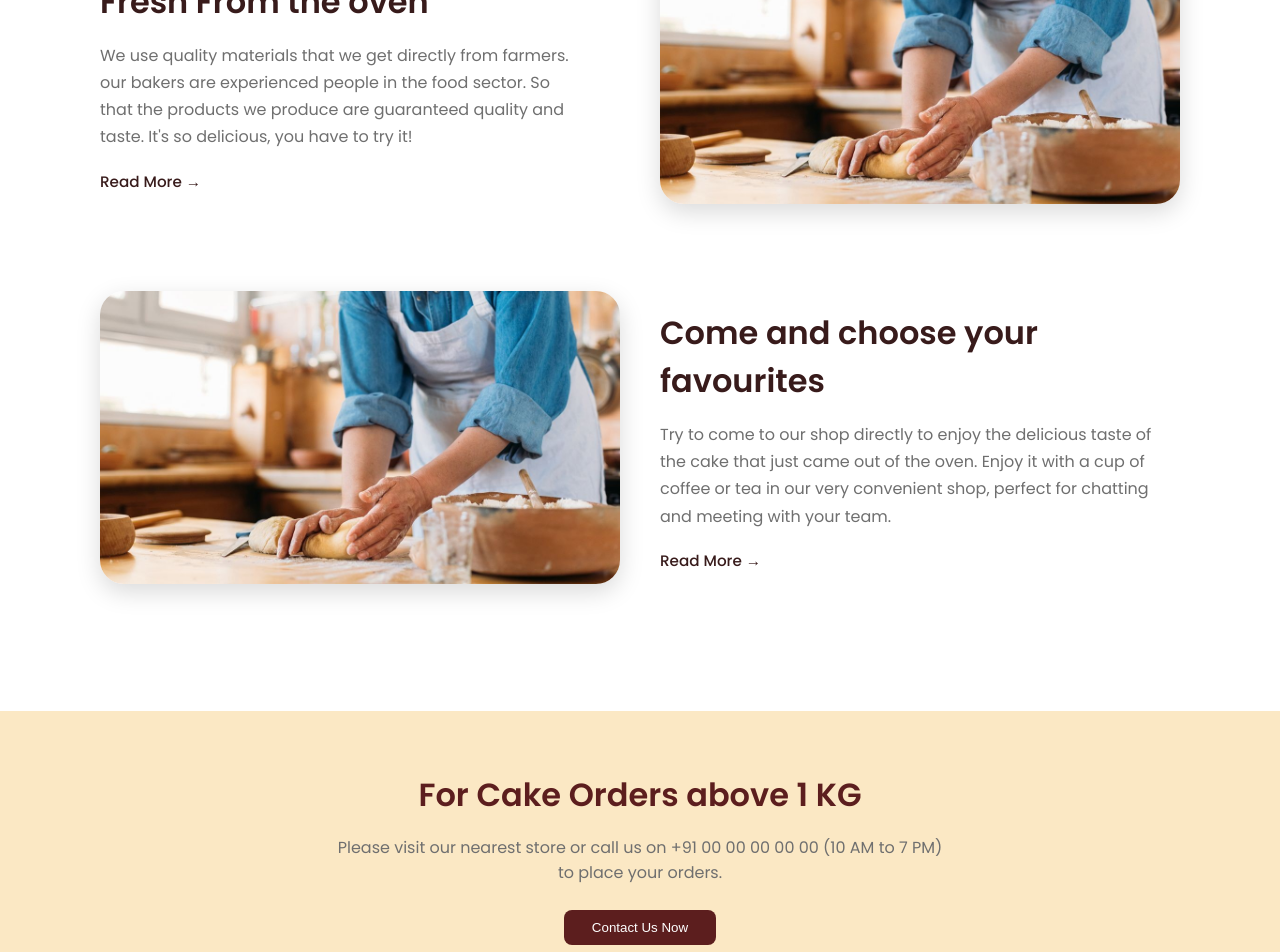
Repository: josegabrielzevallos/chocobrat-bakery-website
Page: index.html
An editor plug-in stored every save of this project. The page is shown before and after the next save, followed by the edit.
The browser window is 1280 px wide. The pictures show the part of the page from y = 1569 to 2521 px (the page is 2574 px tall).
A picture or video elsewhere on the page could not be fetched, so the positions and the page height are approximate.

Above is the page before, as saved 2025-11-20 15:59:28.

After the next save:
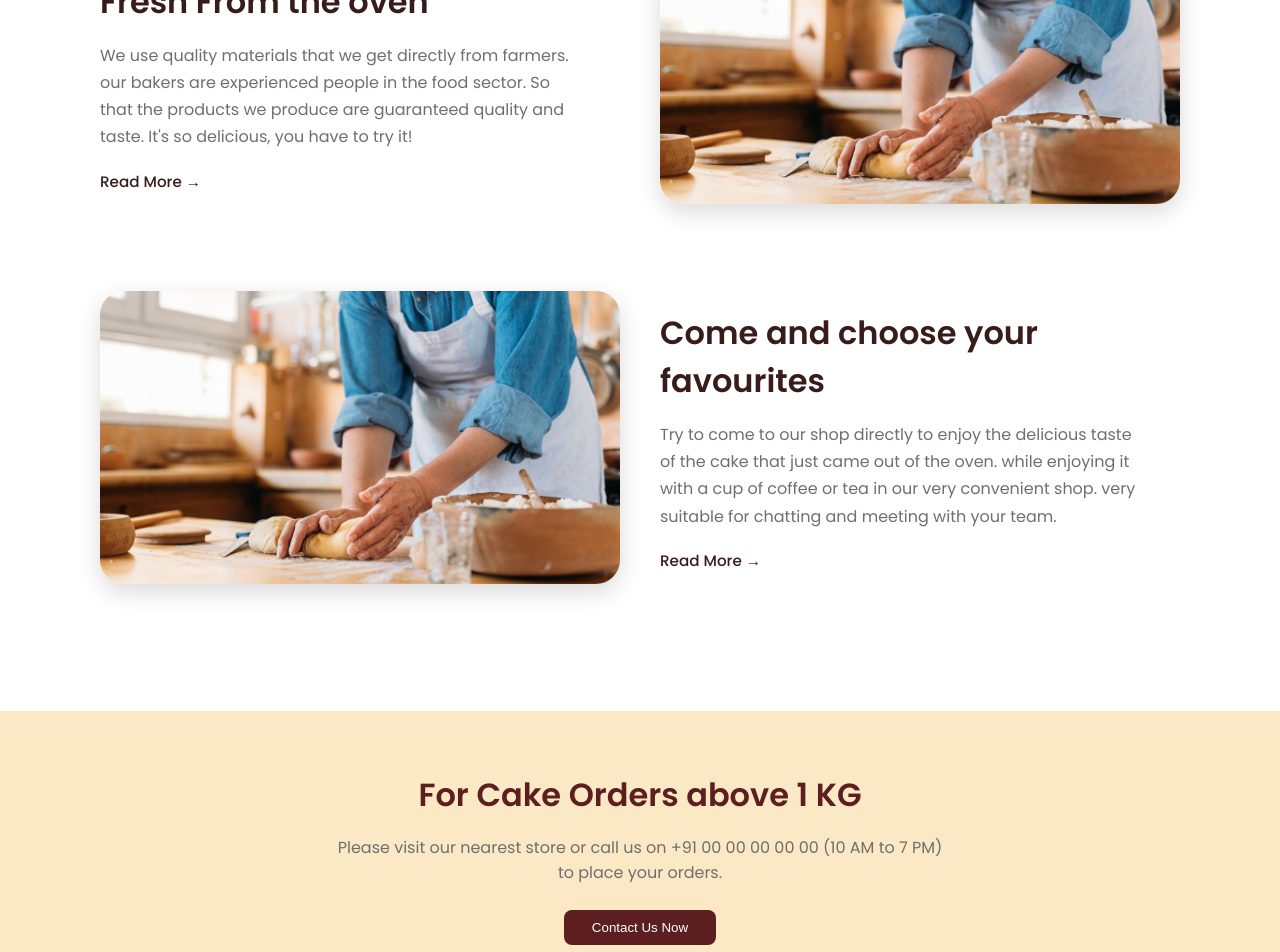
Saved 2 min 5 s later.
--- a/index.html
+++ b/index.html
@@ -142,9 +142,9 @@
                 <h2>Come and choose your favourites</h2>
                 <p>
                     Try to come to our shop directly to enjoy the delicious taste
-                    of the cake that just came out of the oven. Enjoy it with a cup
-                    of coffee or tea in our very convenient shop, perfect for chatting
-                    and meeting with your team.
+                    <br> of the cake that just came out of the oven. while enjoying it
+                    <br>with a cup of coffee or tea in our very convenient shop. very
+                    <br>suitable for chatting and meeting with your team.
                 </p>
                 <a href="#" class="story-link">Read More →</a>
             </div>
